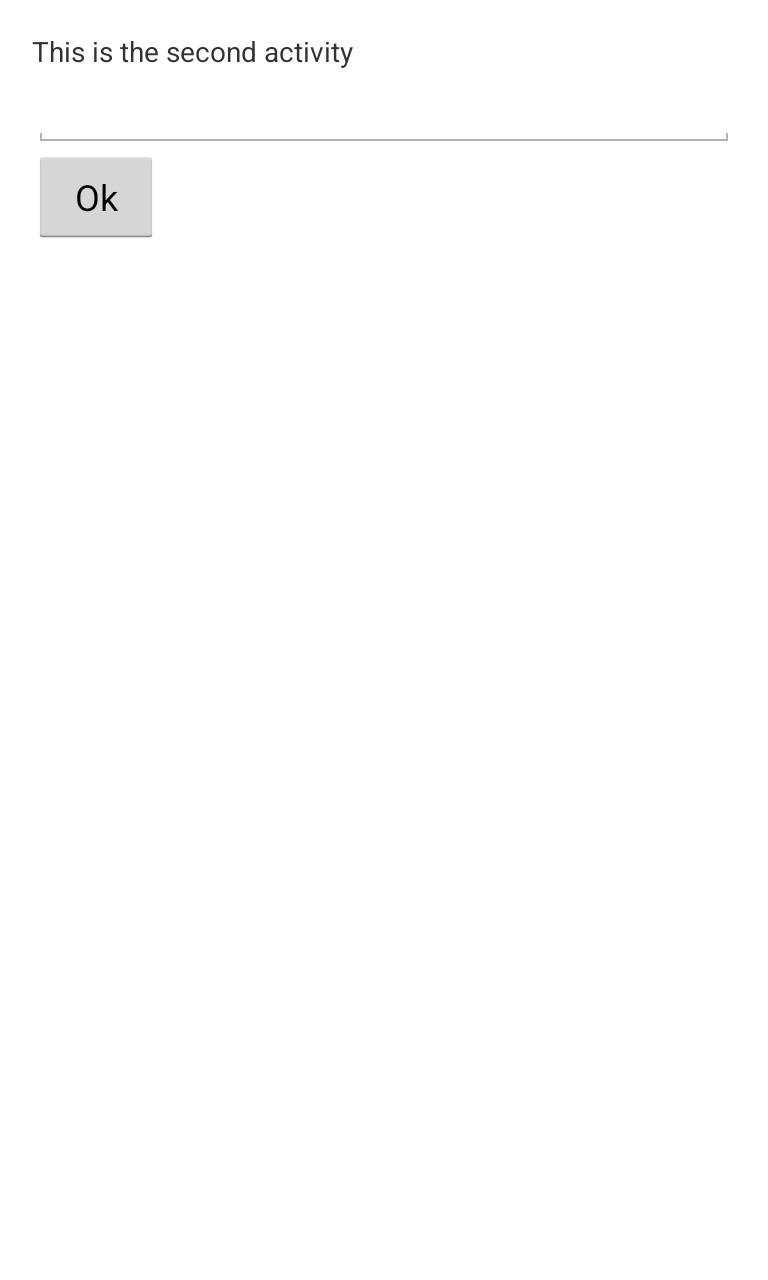
Repository: ericMedeiros93/Android-Dev
Layout: week5_intnet/res/layout/activity_main.xml
An editor plug-in stored every save of this project. The layout is shown before and after the next save, followed by the edit.
It is drawn on a 768 x 1280 px phone screen (xhdpi) without system bars, with theme AppTheme; the app's code is not run.

Above is the layout before, as saved 2014-10-01 17:05:57.

### week5_intnet/res/layout/activity_main.xml
<LinearLayout xmlns:android="http://schemas.android.com/apk/res/android"
    xmlns:tools="http://schemas.android.com/tools"
    android:layout_width="match_parent"
    android:layout_height="match_parent"
    android:orientation="vertical"
    android:paddingBottom="@dimen/activity_vertical_margin"
    android:paddingLeft="@dimen/activity_horizontal_margin"
    android:paddingRight="@dimen/activity_horizontal_margin"
    android:paddingTop="@dimen/activity_vertical_margin"
    tools:context="com.ericmedeiros.week5_intnet.MainActivity" >

    <TextView
        android:id="@+id/txtSecondActivity"
        android:layout_width="wrap_content"
        android:layout_height="wrap_content"
        android:text="This is the second activity"/>
    <EditText

        android:id="@+id/edtEdit"
        android:layout_width="match_parent"
        android:layout_height="wrap_content"
        />

        android:layout_width="wrap_content"
        android:layout_height="wrap_content"
        >
     <Button
        android:id="@+id/btnReturn"
        android:layout_width="wrap_content"
        android:layout_height="wrap_content"
        android:onClick="closeSelf"
        android:text="Ok"/>

</LinearLayout>

Loaded but not shown: week5_intnet/res/values/styles.xml (common file); week5_intnet/res/values-v11/styles.xml (common file); week5_intnet/res/values-v14/styles.xml (common file); week5_intnet/res/values/dimens.xml (common file); week5_intnet/res/values-w820dp/dimens.xml (common file)

After the next save:
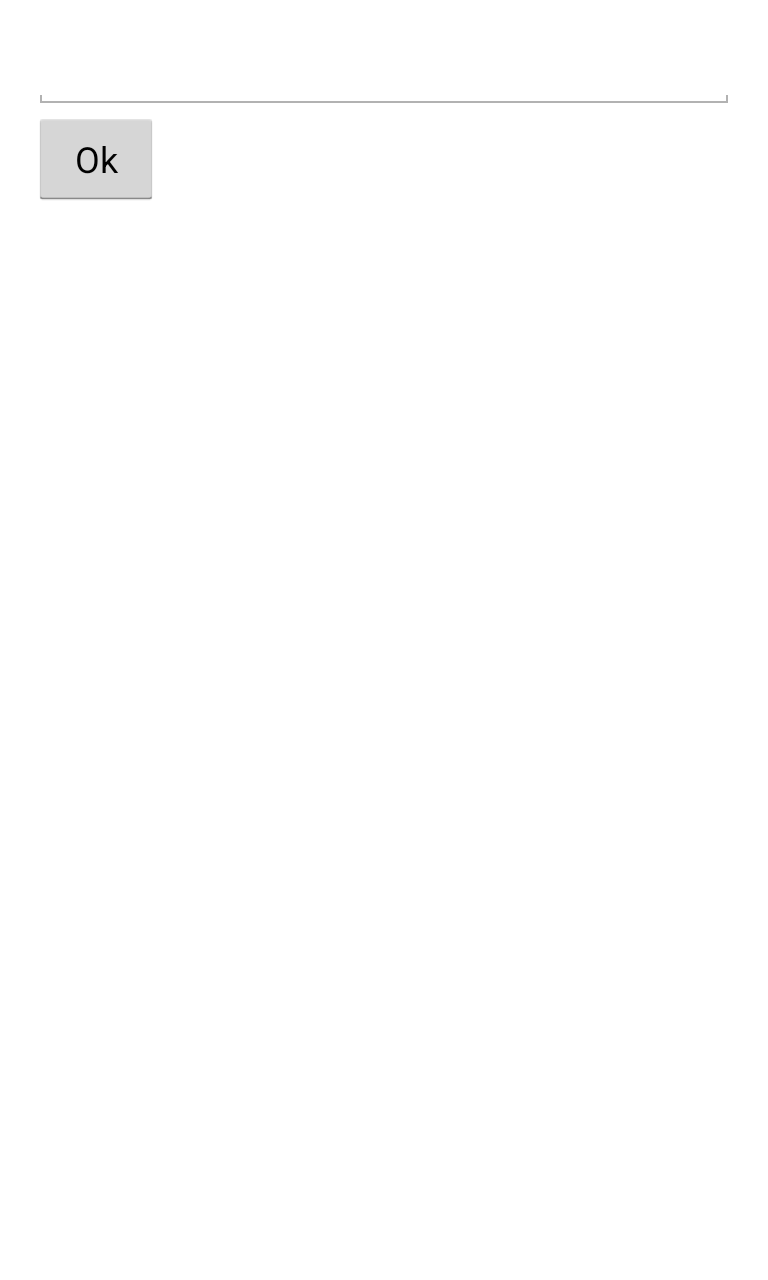
Saved 15 s later.
--- a/week5_intnet/res/layout/activity_main.xml
+++ b/week5_intnet/res/layout/activity_main.xml
@@ -9,11 +9,6 @@
     android:paddingTop="@dimen/activity_vertical_margin"
     tools:context="com.ericmedeiros.week5_intnet.MainActivity" >
 
-    <TextView
-        android:id="@+id/txtSecondActivity"
-        android:layout_width="wrap_content"
-        android:layout_height="wrap_content"
-        android:text="This is the second activity"/>
     <EditText
 
         android:id="@+id/edtEdit"
